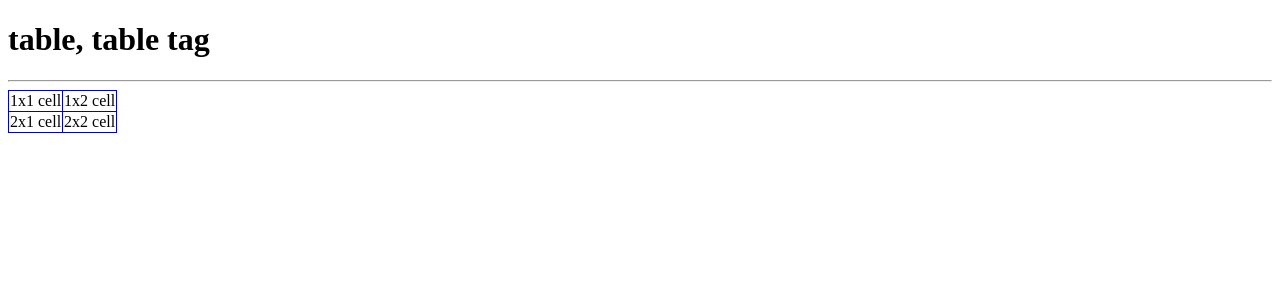
Repository: jihoonys82/weblec
Page: Front/WebContent/Ex01_HTML_tag/tagEx_07.html
An editor plug-in stored every save of this project. The page is shown before and after the next save, followed by the edit.
The browser window is 1280 px wide. The pictures show the whole page.

Above is the page before, as saved 2018-07-23 11:48:23.

### Front/WebContent/Ex01_HTML_tag/tagEx_07.html
<!DOCTYPE html>
<html>
<head>
<meta charset="UTF-8">
<title>Insert title here</title>

<style type="text/css"> /* stylesheet, CSS */
table { /* Table outside square */
	border: 1px solid #ccc;

	/* 테두리 겹치는 부분을 하나로 */
	border-collapse: collapse;
}

th, td { /* each table data cell */
	border: 1px solid #00C;
 }

</style>

</head>
<body>

<div>
	<h1>table, table tag</h1>
	<hr>

	<table>
		<tr>
			<td>1x1 cell</td>
			<td>1x2 cell</td>
		</tr>
		<tr>
			<td>2x1 cell</td>
			<td>2x2 cell</td>
		</tr>
	</table>



</div>
</body>
</html>

After the next save:
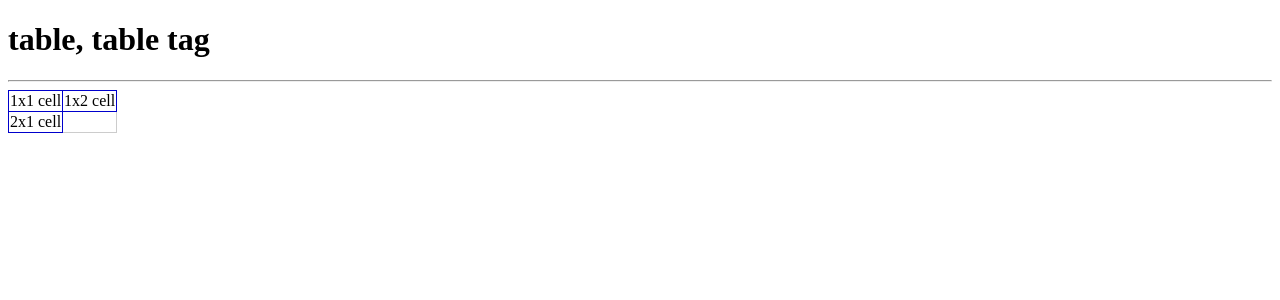
Saved 42 s later.
--- a/Front/WebContent/Ex01_HTML_tag/tagEx_07.html
+++ b/Front/WebContent/Ex01_HTML_tag/tagEx_07.html
@@ -31,8 +31,8 @@ th, td { /* each table data cell */
 			<td>1x2 cell</td>
 		</tr>
 		<tr>
-			<td>2x1 cell</td>
-			<td>2x2 cell</td>
+			<td span='2'>2x1 cell</td>
+<!-- 			<td>2x2 cell</td> -->
 		</tr>
 	</table>
 
